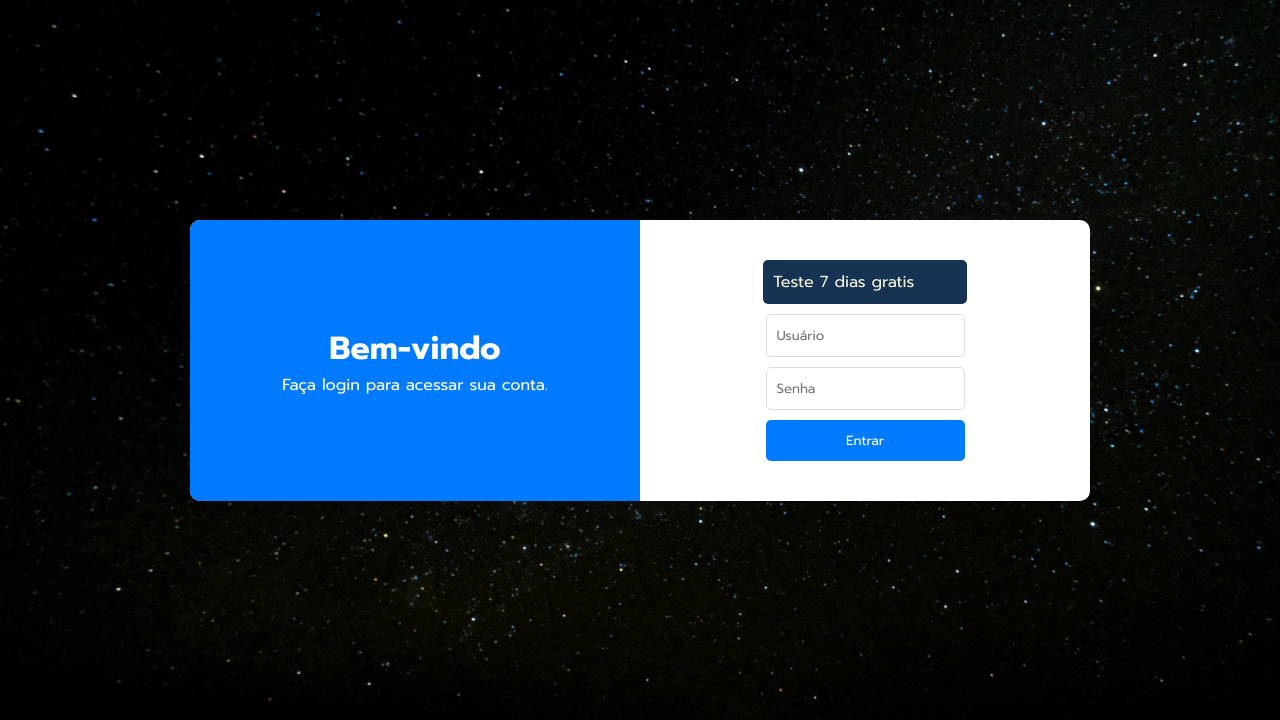
Repository: joao-paulo-paiva/tela-login
Page: index.html
These files come from the project's save history. The page is drawn as it stood at one moment and after a run of saves; the edit follows.
The browser window is 1280 px wide. The pictures show the whole page.

Above is the page before, as saved 2025-04-15 11:18:55.

### index.html
<!DOCTYPE html>
<html lang="pt-br">
<head>
    <meta charset="UTF-8">
    <meta name="viewport" content="width=device-width, initial-scale=1.0">
    <title>Tela de Login</title>
    <link rel="stylesheet" href="style.css">
    <link rel="preconnect" href="https://fonts.googleapis.com">
    <link rel="preconnect" href="https://fonts.gstatic.com" crossorigin>
    <link href="https://fonts.googleapis.com/css2?family=DM+Sans:ital,opsz,wght@0,9..40,100..1000;1,9..40,100..1000&family=Montserrat:ital,wght@0,100..900;1,100..900&family=Prompt:ital,wght@0,100;0,200;0,300;0,400;0,500;0,600;0,700;0,800;0,900;1,100;1,200;1,300;1,400;1,500;1,600;1,700;1,800;1,900&display=swap" rel="stylesheet">
</head>
<body>
    <div class="container">
        <div class="esquerda">
            <h1>Bem-vindo</h1>
            <p>Faça login para acessar sua conta.</p>
        </div>
        <div class="direita">
            <a href="#" class="teste-gratis"><p>Teste 7 dias gratis</p></a>
            <form action="#" method="POST">
                <input type="text" placeholder="Usuário" required>
                <input type="password" placeholder="Senha" required>
                <button type="submit">Entrar</button>
            </form>
        </div>
    </div>
</body>
</html>

### style.css
* {
    margin: 0;
    padding: 0;
    box-sizing: border-box;
    font-family: "Prompt", sans-serif;
}

body {
    display: flex;
    justify-content: center;
    align-items: center;
    height: 100vh;
    background-image: url(./imagens/pexels-francesco-ungaro-998641.jpg);
    background-size: cover;
    background-position: center;
    background-repeat: no-repeat;
}

.container {
    display: flex;
    width: 80%;
    max-width: 900px;
    background: white;
    border-radius: 10px;
    overflow: hidden;
}

.esquerda, .direita {
    width: 50%;
    padding: 40px;
}

.esquerda {
    background-color: #007bff;
    color: white;
    display: flex;
    flex-direction: column;
    justify-content: center;
    align-items: center;
}

.direita {
    display: flex;
    flex-direction: column;
    justify-content: center;
    align-items: center;
}

input {
    display: block;
    width: 100%;
    padding: 10px;
    margin: 10px 0;
    border: 1px solid #ddd;
    border-radius: 5px;
}
.teste-gratis{
    display: flex;
    width: 55%;
    padding: 10px;
    background-color: #163353;
    text-decoration: none;
    color: beige;
    border-radius: 5px;
}
button {
    width: 100%;
    padding: 10px;
    background-color: #007bff;
    color: white;
    border: none;
    border-radius: 5px;
    cursor: pointer;
}

After the next 2 saves:
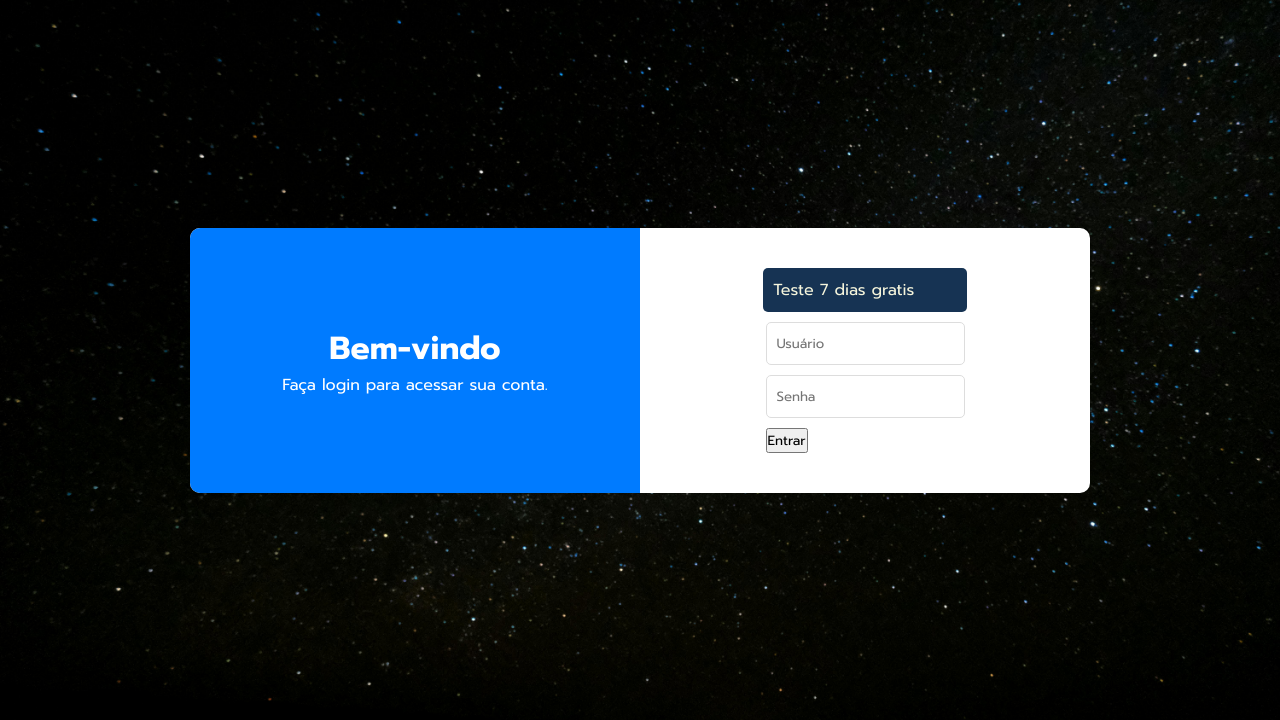
The 2 saves are shown as one change because they came seconds apart.
The last was saved 33 s later.
--- a/style.css
+++ b/style.css
@@ -63,6 +63,7 @@
     color: beige;
     border-radius: 5px;
 }
+.teste-gratis p
 button {
     width: 100%;
     padding: 10px;

After the 3 saves that followed:
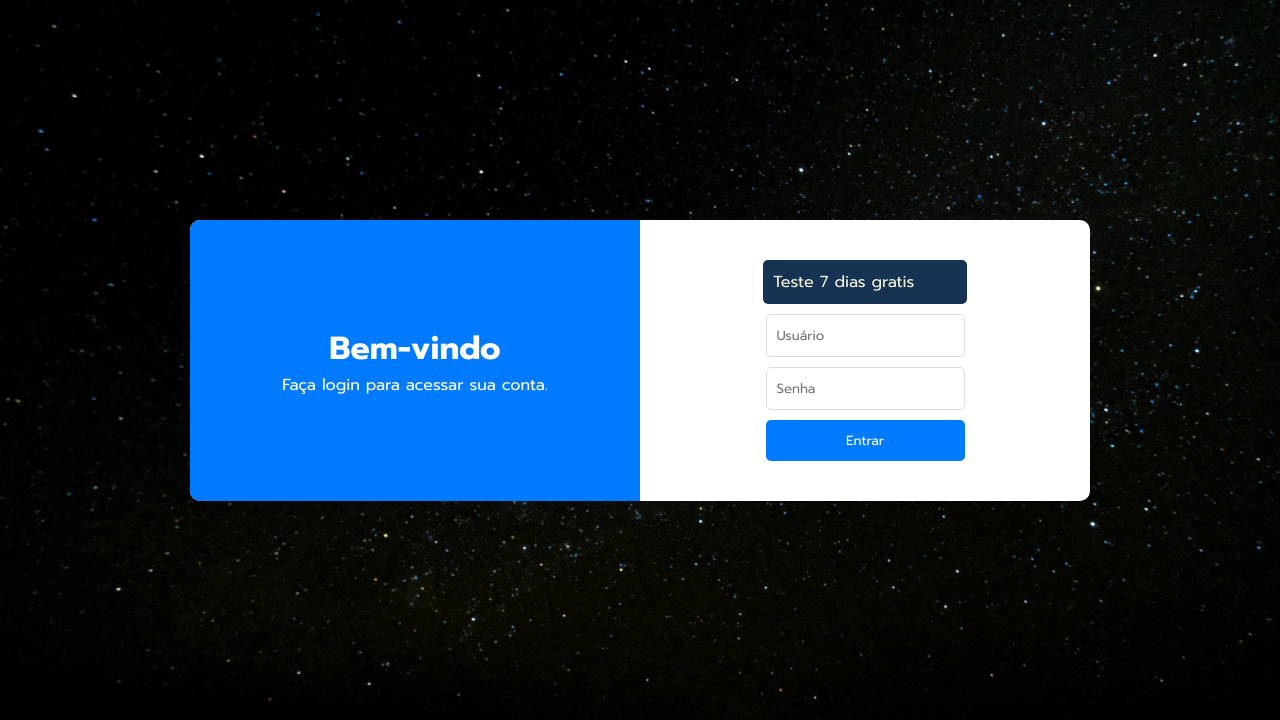
The 3 saves are shown as one change because they came seconds apart.
The last was saved 8 s later.
--- a/style.css
+++ b/style.css
@@ -63,7 +63,9 @@
     color: beige;
     border-radius: 5px;
 }
-.teste-gratis p
+.teste-gratis p{
+    align-items: center;
+}
 button {
     width: 100%;
     padding: 10px;
